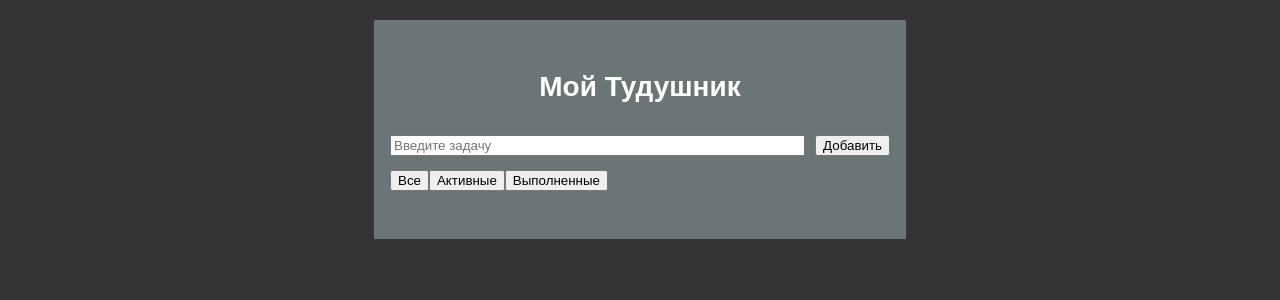
Repository: AlekCawka/-todo-project
Page: /
The author's editor kept a copy of each file at every save. The page is drawn from the files as they stood at one save, then again after the next save.
The browser window is 1280 px wide. The pictures show the whole page.
The project was rebuilt for these pictures with package versions that can differ from the ones it lists, and the page was loaded fresh each time. Also part of the build but not shown: vite.config.js.

Above is the page before, as saved 2025-08-06 22:05:08.

After the next save:
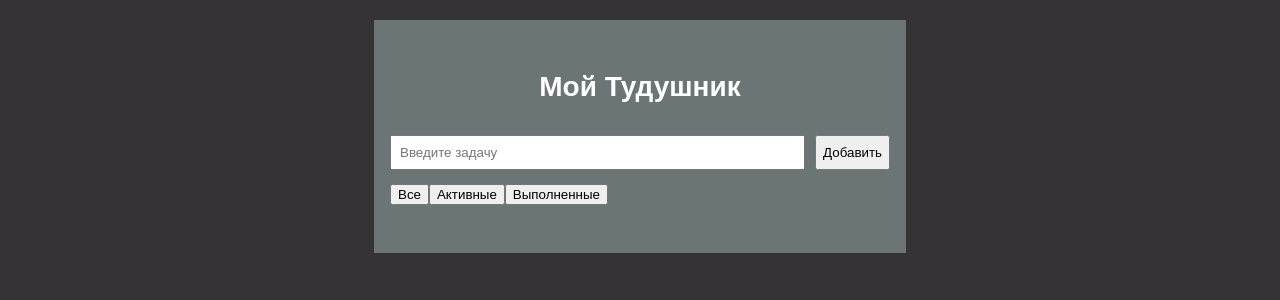
Saved 11 s later.
--- a/src/App.css
+++ b/src/App.css
@@ -27,6 +27,7 @@ body {
 
 .form input {
     flex: 1;
+    padding: 8px;
 }
 
 /*
